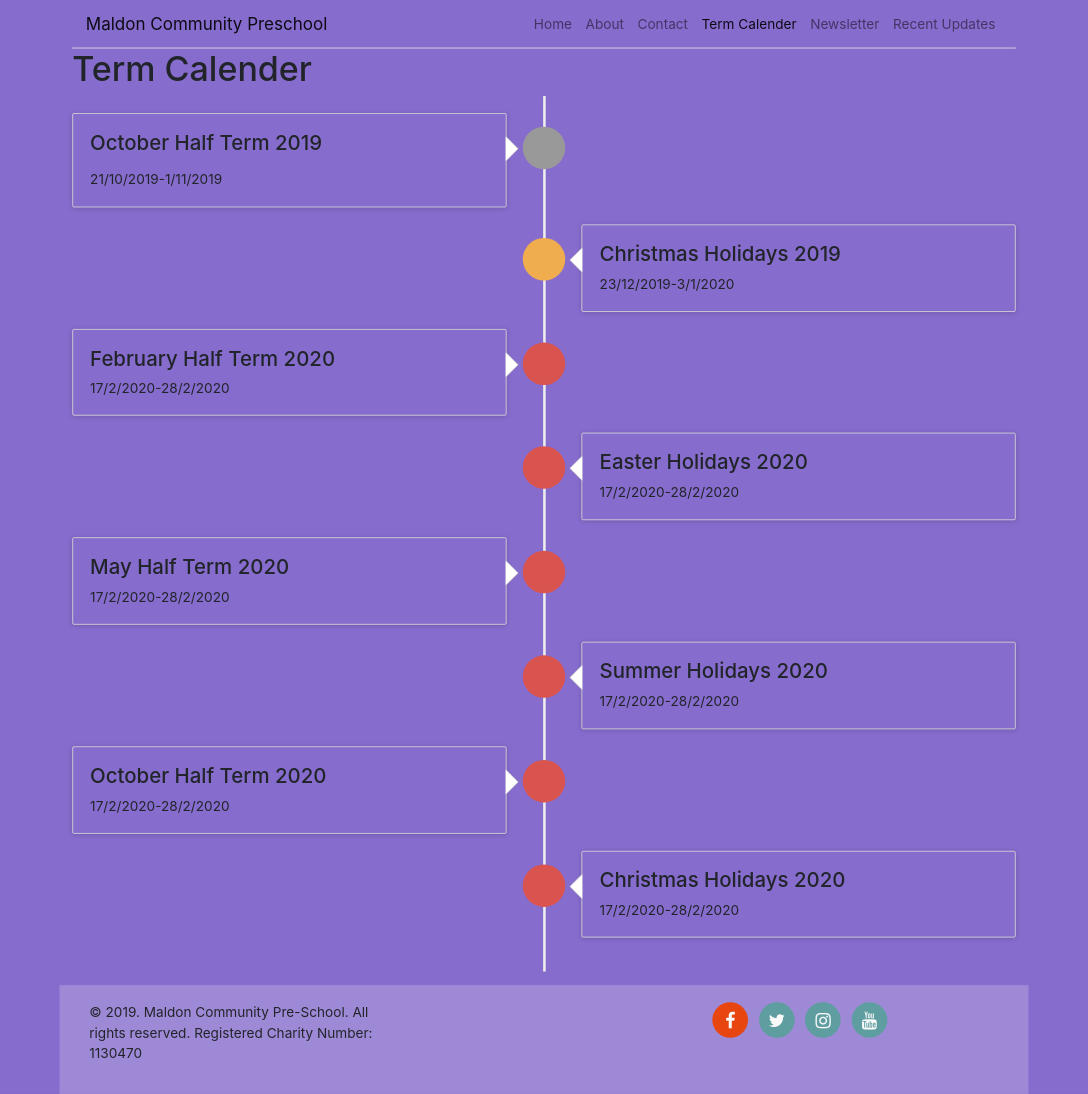
Repository: parkslee/milestone_1
Page: calender.html
The author's editor kept a record of every edit. The page is drawn from the files as they stood at one moment, then again after the next edit.
The browser window is 1280 px wide. The pictures show the whole page, at 85% of full size.
The pointer rests on the first visible `.social-links li a i`.
Some web libraries are served in a nearby version.

Above is the page before.

After the next edit:
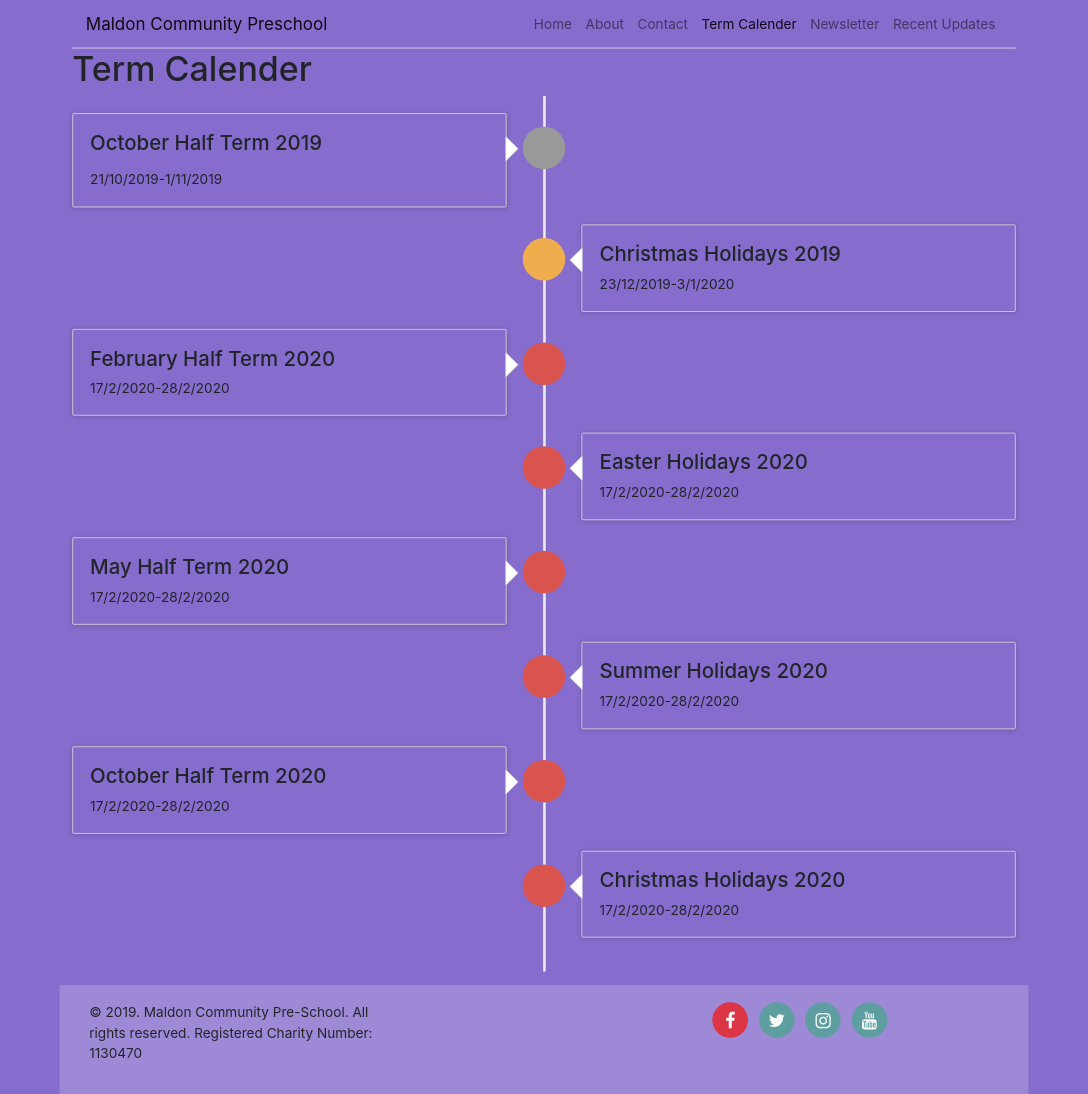
The edit:
--- a/assets/css/style.css
+++ b/assets/css/style.css
@@ -75,7 +75,7 @@
 }
 
 .social-links li a i:hover {
-    background: #e84610;
+    background: #dc3545;
 }
 
 #footer-details {
